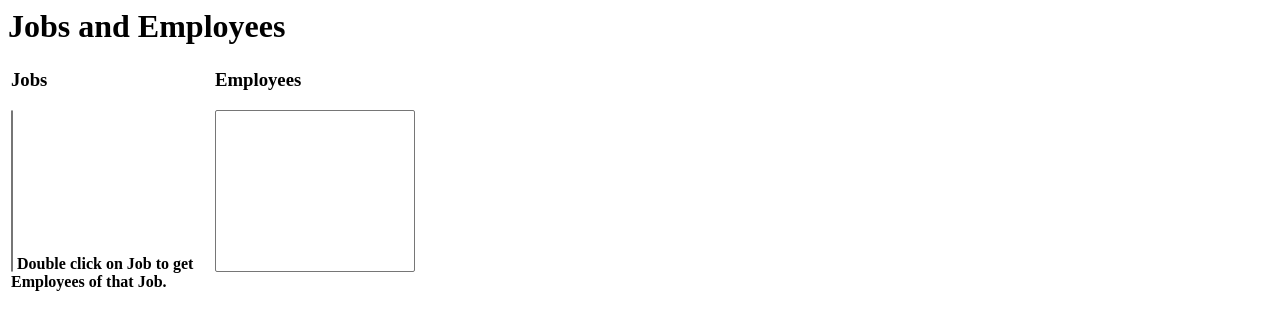
Repository: rejatavi/IntialCommit
Page: Web/WebContent/Jquery/jobs.html
An editor plug-in stored every save of this project. The page is shown before and after the next save, followed by the edit.
The browser window is 1280 px wide. The pictures show the whole page.

Above is the page before, as saved 2018-05-30 14:33:57.

After the next save:
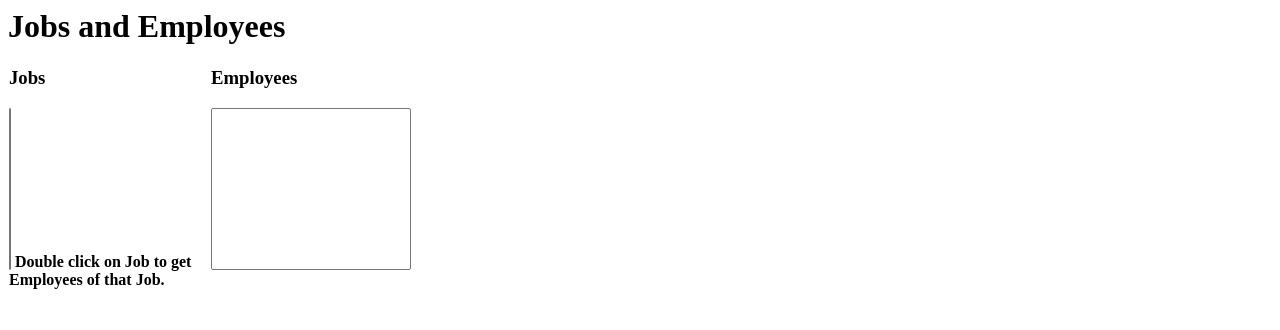
Saved 107 s later.
--- a/Web/WebContent/Jquery/jobs.html
+++ b/Web/WebContent/Jquery/jobs.html
@@ -16,6 +16,14 @@
 	</table>
 </body>
 <head>
+<style>
+table,th{
+border:1px;
+border-collapse:collapse;
+}
+
+
+</style>
 <title>Jobs and Employees</title>
 <script src="jquery-3.3.1.min.js"></script>
 <script>
